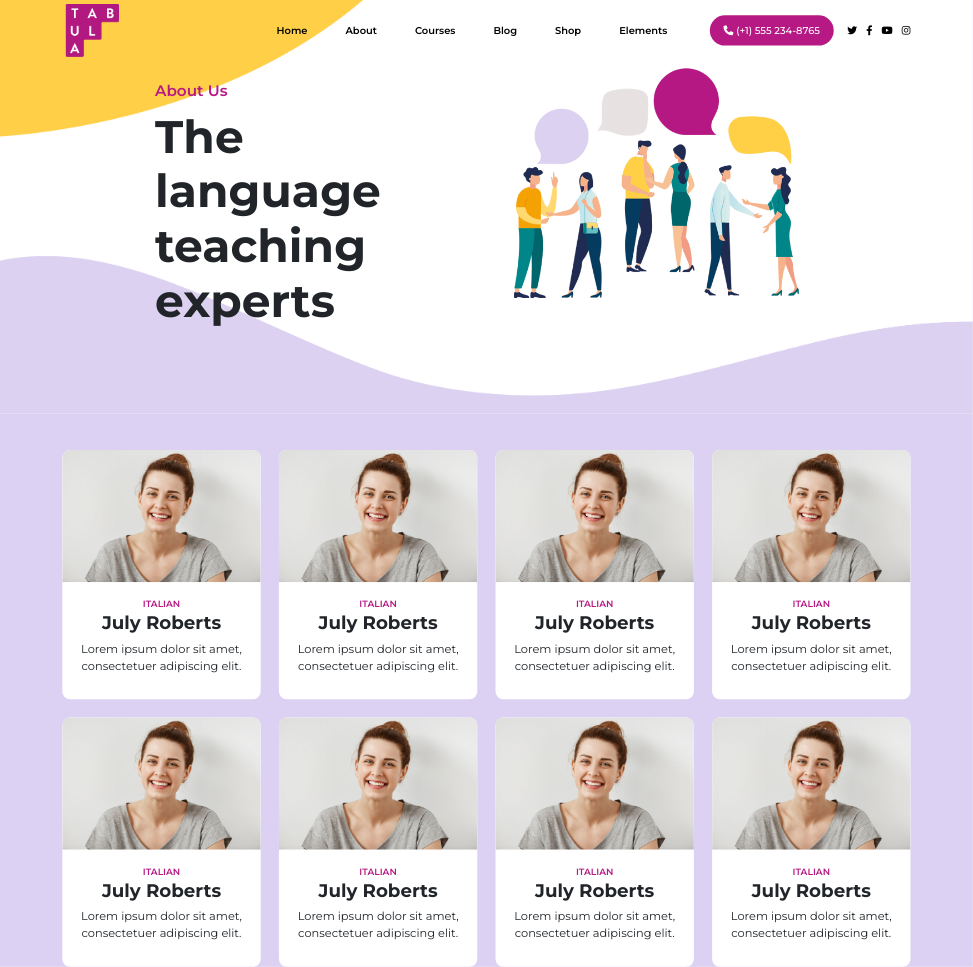
Repository: minhtrivu6199/tabula
Page: index.html
An editor plug-in stored every save of this project. The page is shown before and after the next save, followed by the edit.
The browser window is 1280 px wide. The pictures show the whole page, at 76% of full size.
Some web libraries are served in a nearby version. The style sheet was rebuilt from its Sass, Less or Tailwind sources for each picture, by a compiler version that may differ from the author's.

Above is the page before, as saved 2022-09-28 08:08:17.

### index.html
<!DOCTYPE html>
<html lang="en">
  <head>
    <title>Tabula</title>
    <link rel="shortcut icon" href="img/crest.png" type="image/x-icon" />
    <!-- Required meta tags -->
    <meta charset="utf-8" />
    <meta
      name="viewport"
      content="width=device-width, initial-scale=1, shrink-to-fit=no"
    />

    <!-- Font -->
    <link rel="preconnect" href="https://fonts.googleapis.com" />
    <link rel="preconnect" href="https://fonts.gstatic.com" crossorigin />
    <link
      href="https://fonts.googleapis.com/css2?family=Montserrat:wght@300;400;500;600;700&display=swap"
      rel="stylesheet"
    />

    <!-- Bootstrap CSS v5.2.0-beta1 -->
    <link
      rel="stylesheet"
      href="https://cdn.jsdelivr.net/npm/bootstrap@5.2.0/dist/css/bootstrap.min.css"
      integrity="sha384-gH2yIJqKdNHPEq0n4Mqa/HGKIhSkIHeL5AyhkYV8i59U5AR6csBvApHHNl/vI1Bx"
      crossorigin="anonymous"
    />

    <!-- FontAwesome 6.1.1 CSS -->
    <link
      rel="stylesheet"
      href="https://cdnjs.cloudflare.com/ajax/libs/font-awesome/6.1.1/css/all.min.css"
      integrity="sha512-KfkfwYDsLkIlwQp6LFnl8zNdLGxu9YAA1QvwINks4PhcElQSvqcyVLLD9aMhXd13uQjoXtEKNosOWaZqXgel0g=="
      crossorigin="anonymous"
      referrerpolicy="no-referrer"
    />

    <!-- CSS -->
    <link rel="stylesheet" href="./css/style.min.css" />
  </head>

  <body>
    <!-- HEADER -->
    <header class="header">
      <nav class="navbar navbar-expand-lg navbar-fixed-top bg-transparent p-0">
        <div class="container">
          <div class="header-left">
            <a href="" class="navbar-brand logo">
              <img src="./img/crest.png" alt="" />
            </a>
          </div>
          <div class="header-right">
            <div class="header-menu d-xs-none">
              <ul class="navbar-nav menu">
                <li class="nav-item">
                  <a href="" class="nav-link"> Home </a>
                </li>
                <li class="nav-item">
                  <a href="" class="nav-link"> About </a>
                </li>
                <li class="nav-item">
                  <a href="" class="nav-link"> Courses </a>
                </li>
                <li class="nav-item">
                  <a href="" class="nav-link"> Blog </a>
                </li>
                <li class="nav-item">
                  <a href="" class="nav-link"> Shop </a>
                </li>
                <li class="nav-item">
                  <a href="" class="nav-link"> Elements </a>
                </li>
              </ul>
            </div>
            <div class="header-right-inner">
              <div class="header-btn">
                <a href="" class="btn-default">
                  <span class="btnWidgetIcon">
                    <i class="fa fa-phone"></i>
                  </span>
                  <span class="btnWidgetText"> (+1) 555 234-8765 </span>
                </a>
              </div>
              <a href="" class="iconWidget">
                <div class="btnWidgetIcon">
                  <i class="fab fa-twitter"></i>
                </div>
              </a>
              <a href="" class="iconWidget">
                <div class="btnWidgetIcon">
                  <i class="fab fa-facebook-f"></i>
                </div>
              </a>
              <a href="" class="iconWidget">
                <div class="btnWidgetIcon">
                  <i class="fab fa-youtube"></i>
                </div>
              </a>
              <a href="" class="iconWidget">
                <div class="btnWidgetIcon">
                  <i class="fab fa-instagram"></i>
                </div>
              </a>
            </div>
          </div>
        </div>
      </nav>
    </header>
    <!-- END HEADER -->

    <!-- CONTENT WRAP -->
    <section class="contentWrap">
        <div class="contentHolder">
            <div class="contentPort">
                <div class="cell">
                    <div class="cell-inner">
                        <div class="row">
                            <div class="col-6">
                                <div class="col-content">
                                    <span class="subtitle">
                                        About Us
                                    </span>
                                    <h1 class="title">
                                        The language teaching experts
                                    </h1>
                                </div>
                            </div>
                            <div class="col-6">
                                <div class="col-content">
                                    <div class="col-thumb">
                                        <img src="./img/hero_team.png" alt="">
                                    </div>
                                </div>
                            </div>
                        </div>
                    </div>
                </div>
            </div>
            <div class="top-img">
                <img src="./img/yellow_top_wave_01.png" alt="">
            </div>
            <div class="bottom-img">
                <img src="./img/Violet_top_left_wave.png" alt="">
            </div>
        </div>
    </section>
    <!-- END CONTENTWRAP -->

    <!-- CARD -->
    <section class="groupCard">
        <div class="container pt-5">
            <div class="row">
                <div class="col-lg-3 col-md-3 col-sm-6 col-12">
                    <div class="card">
                        <img src="./img/teacher_1.jpg" alt="">
                        <div class="card-body">
                            <div class="card-text">
                                <span class="subtitle">
                                    italian
                                </span>
                                <h3 class="teacherName">
                                    July Roberts
                                </h3>
                                <p class="text">
                                    Lorem ipsum dolor sit amet, consectetuer adipiscing elit.
                                </p>
                            </div>
                        </div>
                    </div>
                </div>
                <div class="col-lg-3 col-md-3 col-sm-6 col-12">
                    <div class="card">
                        <img src="./img/teacher_1.jpg" alt="">
                        <div class="card-body">
                            <div class="card-text">
                                <span class="subtitle">
                                    italian
                                </span>
                                <h3 class="teacherName">
                                    July Roberts
                                </h3>
                                <p class="text">
                                    Lorem ipsum dolor sit amet, consectetuer adipiscing elit.
                                </p>
                            </div>
                        </div>
                    </div>
                </div>
                <div class="col-lg-3 col-md-3 col-sm-6 col-12">
                    <div class="card">
                        <img src="./img/teacher_1.jpg" alt="">
                        <div class="card-body">
                            <div class="card-text">
                                <span class="subtitle">
                                    italian
                                </span>
                                <h3 class="teacherName">
                                    July Roberts
                                </h3>
                                <p class="text">
                                    Lorem ipsum dolor sit amet, consectetuer adipiscing elit.
                                </p>
                            </div>
                        </div>
                    </div>
                </div>
                <div class="col-lg-3 col-md-3 col-sm-6 col-12">
                    <div class="card">
                        <img src="./img/teacher_1.jpg" alt="">
                        <div class="card-body">
                            <div class="card-text">
                                <span class="subtitle">
                                    italian
                                </span>
                                <h3 class="teacherName">
                                    July Roberts
                                </h3>
                                <p class="text">
                                    Lorem ipsum dolor sit amet, consectetuer adipiscing elit.
                                </p>
                            </div>
                        </div>
                    </div>
                </div>
            </div>
            <div class="row pt-4">
                <div class="col-lg-3 col-md-3 col-sm-6 col-12">
                    <div class="card">
                        <img src="./img/teacher_1.jpg" alt="">
                        <div class="card-body">
                            <div class="card-text">
                                <span class="subtitle">
                                    italian
                                </span>
                                <h3 class="teacherName">
                                    July Roberts
                                </h3>
                                <p class="text">
                                    Lorem ipsum dolor sit amet, consectetuer adipiscing elit.
                                </p>
                            </div>
                        </div>
                    </div>
                </div>
                <div class="col-lg-3 col-md-3 col-sm-6 col-12">
                    <div class="card">
                        <img src="./img/teacher_1.jpg" alt="">
                        <div class="card-body">
                            <div class="card-text">
                                <span class="subtitle">
                                    italian
                                </span>
                                <h3 class="teacherName">
                                    July Roberts
                                </h3>
                                <p class="text">
                                    Lorem ipsum dolor sit amet, consectetuer adipiscing elit.
                                </p>
                            </div>
                        </div>
                    </div>
                </div>
                <div class="col-lg-3 col-md-3 col-sm-6 col-12">
                    <div class="card">
                        <img src="./img/teacher_1.jpg" alt="">
                        <div class="card-body">
                            <div class="card-text">
                                <span class="subtitle">
                                    italian
                                </span>
                                <h3 class="teacherName">
                                    July Roberts
                                </h3>
                                <p class="text">
                                    Lorem ipsum dolor sit amet, consectetuer adipiscing elit.
                                </p>
                            </div>
                        </div>
                    </div>
                </div>
                <div class="col-lg-3 col-md-3 col-sm-6 col-12">
                    <div class="card">
                        <img src="./img/teacher_1.jpg" alt="">
                        <div class="card-body">
                            <div class="card-text">
                                <span class="subtitle">
                                    italian
                                </span>
                                <h3 class="teacherName">
                                    July Roberts
                                </h3>
                                <p class="text">
                                    Lorem ipsum dolor sit amet, consectetuer adipiscing elit.
                                </p>
                            </div>
                        </div>
                    </div>
                </div>
            </div>
        </div>
    </section>
    <!-- END CARD -->
    <!-- Bootstrap JavaScript Libraries -->
    <script
      src="https://cdn.jsdelivr.net/npm/@popperjs/core@2.11.5/dist/umd/popper.min.js"
      integrity="sha384-Xe+8cL9oJa6tN/veChSP7q+mnSPaj5Bcu9mPX5F5xIGE0DVittaqT5lorf0EI7Vk"
      crossorigin="anonymous"
    ></script>

    <script
      src="https://cdn.jsdelivr.net/npm/bootstrap@5.2.0/dist/js/bootstrap.min.js"
      integrity="sha384-ODmDIVzN+pFdexxHEHFBQH3/9/vQ9uori45z4JjnFsRydbmQbmL5t1tQ0culUzyK"
      crossorigin="anonymous"
    ></script>
  </body>
</html>

### scss/style.scss
* {
    margin: 0;
    padding: 0;
    box-sizing: border-box;
}

html, body {
    font-family: 'Montserrat', sans-serif;
}

a {
    text-decoration: none;
}

ul {
    list-style: none;
}

img {
    max-width: 100%;
    height: auto;
}


.header {
    position:absolute;
    width: 100%;
    z-index: 2;
    display: block;
    .navbar{
        .container {
            height: 80px;
            justify-content: space-between;
            .header-left {
                height: 100%;
                .logo {
                    position: relative;
                    z-index: 2;
                    img {
                        width: 80px;
                        display: block;
                    }
                }
            }

            .header-right {
                display: flex;
                justify-content: space-between;
                .header-menu {
                    .menu {
                        .nav-item {
                            display: block;
                            padding: 0 50px 0 0;
                            .nav-link {
                                font-weight: 600;
                                color: #000;
                                line-height: 80px;
                                display: block;
                                position: relative;
                                padding: 0;
                                font-size: 13px;
                                &:hover {
                                    color: #b61984;
                                }
                                &::after {
                                    content: '';
                                    display: block;
                                    position:absolute;
                                    bottom: -4px;
                                    margin-left: -4px;
                                    left: 50%;
                                    height: 8px;
                                    width: 8px;
                                    border-radius: 50%;
                                    transition: all 0.3s ease;
                                    transform: scale(0);
                                    background-color: #b61984;
                                }
                                &:hover::after{
                                    transform: scale(1.1);
                                }
                            }
                        }
                    }
                }

                .header-right-inner {
                    display: flex;
                    line-height: 38px;
                    align-items: center;
                    vertical-align: middle;
                    font-size: 16px;
                    .header-btn {
                        display: inline-block;
                        line-height: 1;
                        width: auto;
                        .btn-default {
                            color: #fff;
                            padding: 12px 18px;
                            margin: 6px;
                            font-weight: 500;
                            text-align: center;
                            background: transparent;
                            box-shadow: 0 0 0 36px #b61984 inset;
                            transition: all 0.3s ease;
                            border-radius: 50px;
                            font-size: 13px;
                            &:hover {
                                color: #b61984;
                                box-shadow: 0 0 0 1px #b61984 inset;
                            }
                        }
                    }

                    .iconWidget {
                        margin-left: 12px;
                        color: #000;
                        font-size: 13px;
                        transition: all 0.3s ease;
                        &:hover {
                            color: #b61984;
                        }
                    }
                }
            }
        }
    }
}

.contentWrap {
    .contentHolder{
        position: relative;
        .contentPort {
            .cell {
                .cell-inner {
                    .row {
                        position: relative;
                        flex-flow: row nowrap;
                        justify-content: center;
                        padding: 60px 0;
                        align-items: center;
                        flex-basis: 50%;
                        max-width: 70%;
                        margin: 0 auto;
                        z-index: 1;
                        .col-6 {
                            .col-content {
                                justify-content: center;
                                .subtitle {
                                    font-size: 20px;
                                    margin-bottom: 10px;
                                    color:#b61984;
                                    font-weight: 600;
                                    display: block;
                                }

                                .title {
                                    font-size: 60px;
                                    font-weight: 700;
                                }

                                .col-thumb {
                                    display: block;
                                    line-height: 0;
                                }
                            }
                        }
                    }
                }
            }
        }
        .top-img {
            top: 0;
            right: 0;
            left: 0;
            position:absolute;
            img {
                width: 100%;
                height: auto;
                display: block;
                user-select: none;
            }
        }

        .bottom-img {
            position: absolute;
            bottom: 0;
            right: 0;
            left: 0;
            .img {
                width: 100%;
                height: auto;
                display: block;
                user-select: none;
            }
        }
    }
}

.groupCard {
    background-color: #dcd1f3;
    position: relative;
    .container {
        .row {
            .card {
                border-radius: 10px;
                border: none;
                img {
                    border-radius: 10px 10px 0 0;
                }

                .card-body {
                    text-align: center;
                    .subtitle {
                        font-size: 12px;
                        color: #b61984;
                        font-weight: 600;
                        text-transform: uppercase;
                    }

                    .teacherName {
                        font-size: 24px;
                        font-weight: 700;
                    }

                    .text {
                        font-size: 15px;
                    }
                }
            }
        }
    }
}

After the next save:
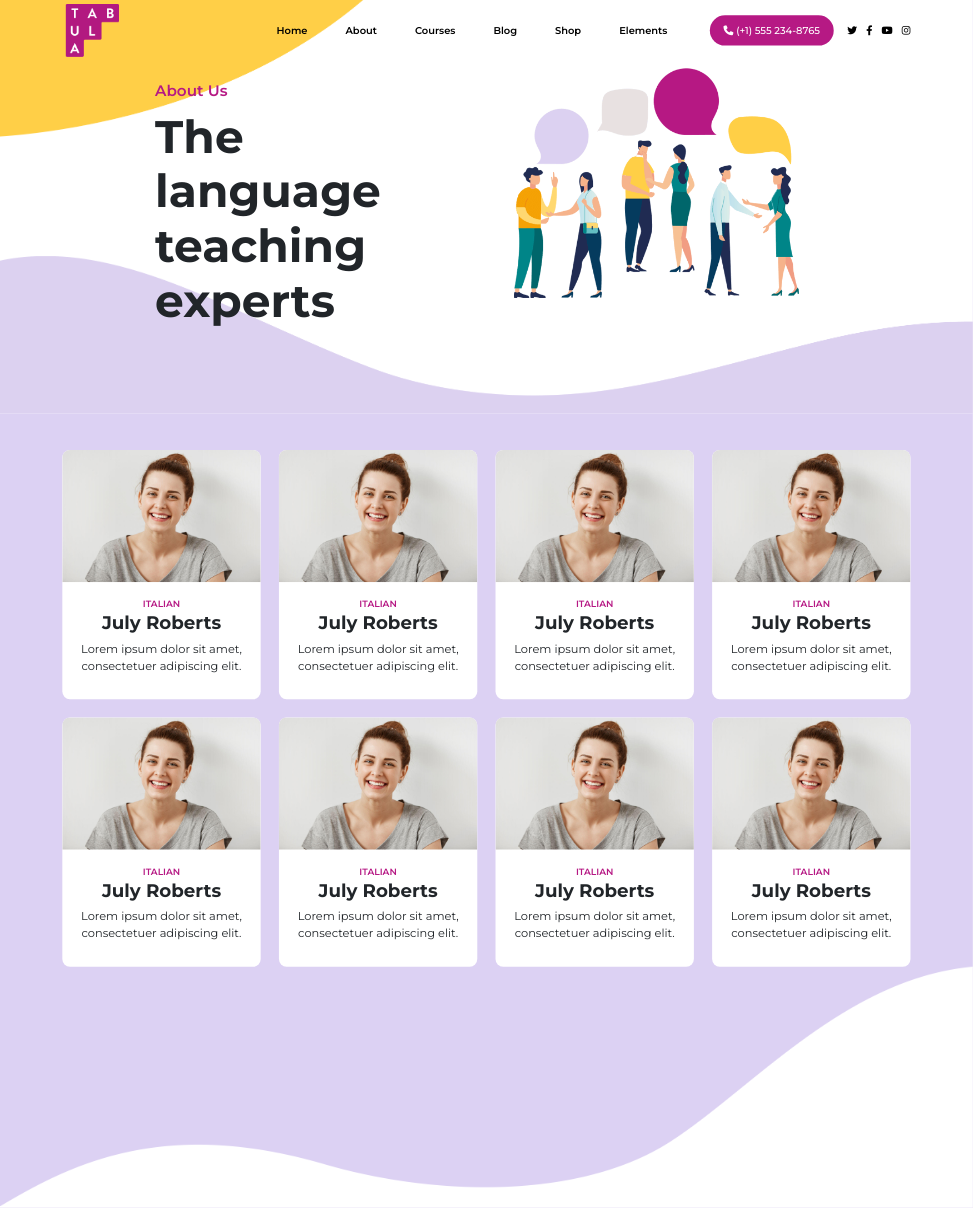
Saved 50 s later.
--- a/index.html
+++ b/index.html
@@ -298,6 +298,9 @@
                 </div>
             </div>
         </div>
+        <div class="bottom-img">
+            <img src="./img/Wave_White_bottom_right_shape_01.png" alt="">
+        </div>
     </section>
     <!-- END CARD -->
     <!-- Bootstrap JavaScript Libraries -->
